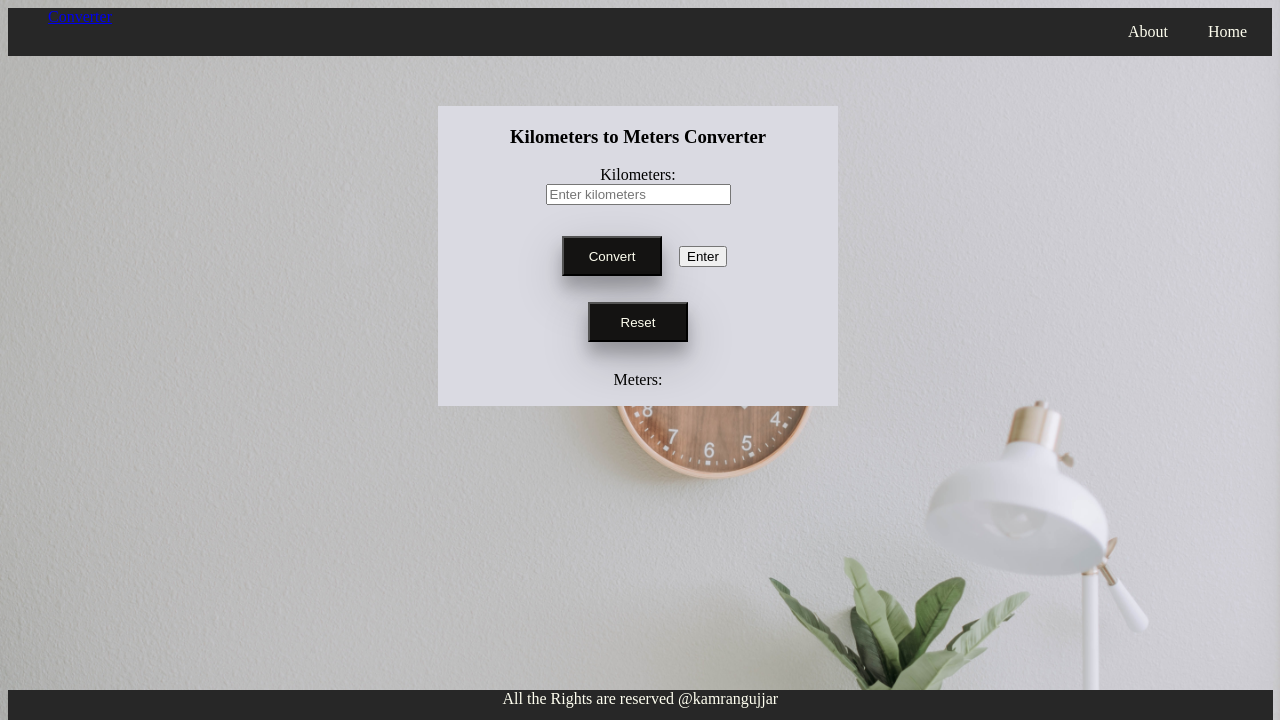
Repository: Kamrangujjar85112/Length-Converter
Page: html/km_m.html
The author's editor kept a copy of each file at every save. The page is drawn from the files as they stood at one save, then again after the next save.
The browser window is 1280 px wide. The pictures show the whole page.

Above is the page before, as saved 2022-01-31 19:35:38.

After the next save:
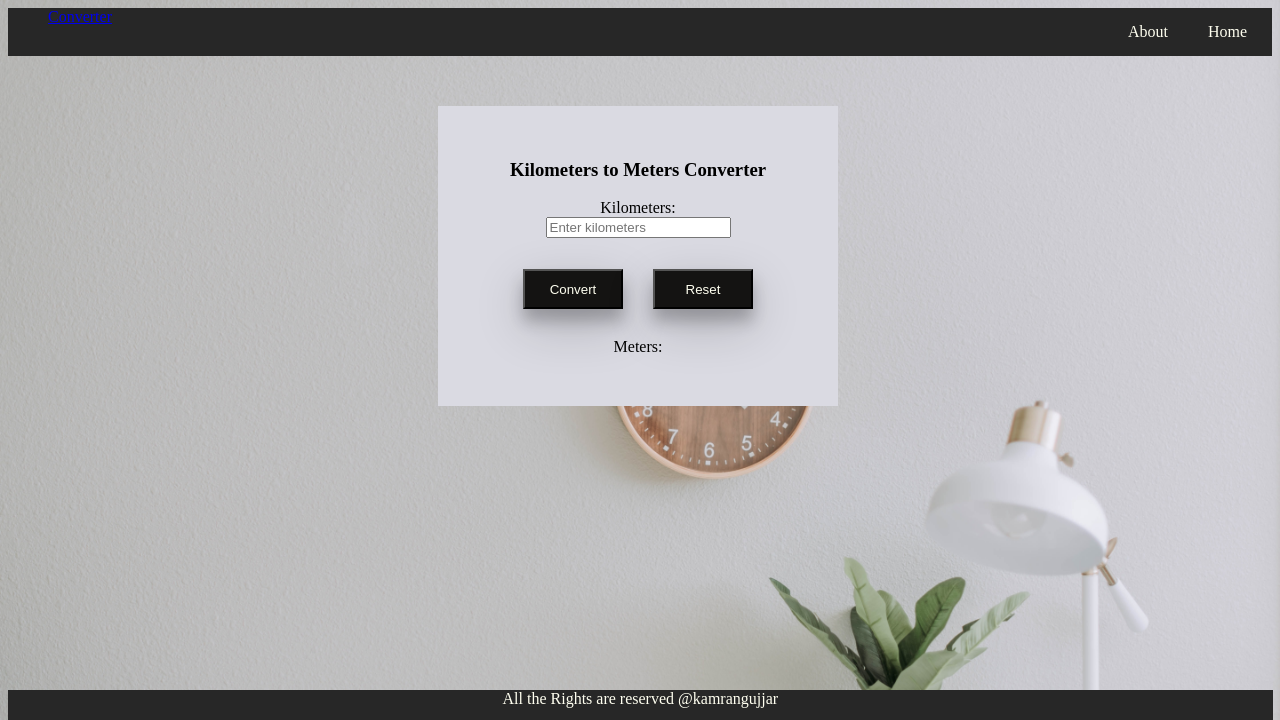
Saved 14 s later.
--- a/html/km_m.html
+++ b/html/km_m.html
@@ -31,7 +31,6 @@
                 <label>Kilometers:</label><br>
                 <input type="number" id="kilometersToMeters" placeholder="Enter kilometers" value=""><br><br>
                 <button id="convert">Convert</button>
-                <input type="button" value="Enter" id="conver"><br>
                 <input type="reset" value="Reset" id="reset"><br>
                 <p id="kmToMp">Meters: <span id="kmToM"></span></p>
                 <p id="kmToMpError" style="display: none;"></span></p>
